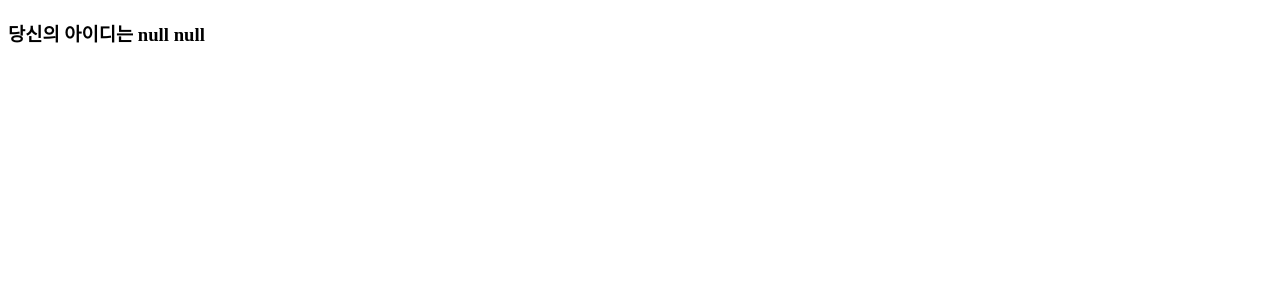
Repository: kkj68106810-dot/jsp2026
Page: http://localhost/chapter01/Request/RequestLoginProc.jsp
An editor plug-in stored every save of this project. The page is shown before and after the next save, followed by the edit.
The browser window is 1280 px wide. The pictures show the whole page.
The page is served by Tomcat 9.

Above is the page before, as saved 2026-10-19 06:10:13.

After the next save:
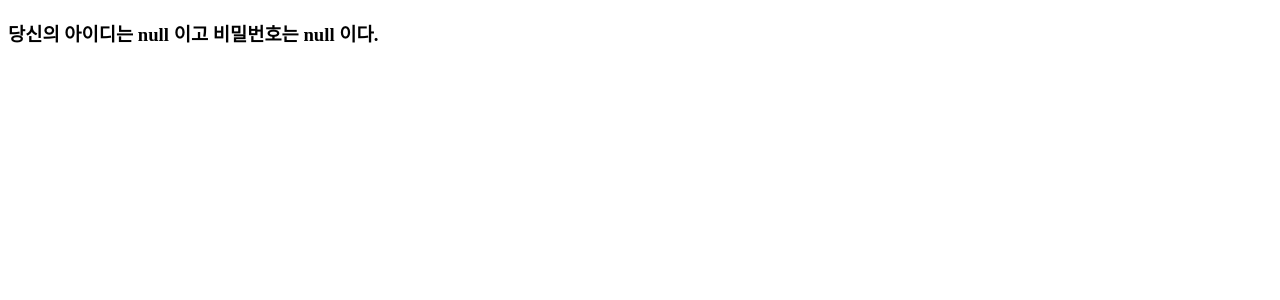
Saved 15 s later.
--- a/chapter01/src/main/webapp/Request/RequestLoginProc.jsp
+++ b/chapter01/src/main/webapp/Request/RequestLoginProc.jsp
@@ -22,7 +22,7 @@
 	 	String pass = request.getParameter("pass");
 
 	 %>
-	 <h3>당신의 아이디는 <%=id %>                  <%=pass %></h3>
+	 <h3>당신의 아이디는 <%=id %> 이고 비밀번호는 <%=pass %> 이다.</h3>
 
 
 
